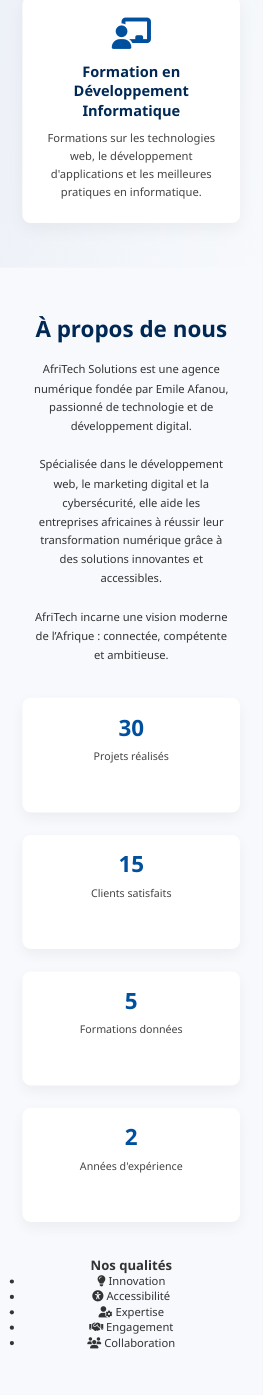
Repository: prestige225/AFRITECH
Page: index.html
An editor plug-in stored every save of this project. The page is shown before and after the next save, followed by the edit.
The browser window is 375 px wide. The pictures show the part of the page from y = 2604 to 4844 px (the page is 4597 px tall before and 4844 px after), at 70% of full size.
A picture or video elsewhere on the page could not be fetched, so the positions and the page height are approximate.

Above is the page before, as saved 2025-07-16 03:05:25.

### index.html

<!DOCTYPE html>
<html lang="en">
<head>
    <meta charset="UTF-8">
    <meta name="viewport" content="width=device-width, initial-scale=1.0">
    <!-- Font Awesome CDN -->
<link rel="stylesheet" href="https://cdnjs.cloudflare.com/ajax/libs/font-awesome/6.4.0/css/all.min.css">
    <link rel="stylesheet" href="style.css">

    <title>AFRITECH</title>
</head>
<body>
    <header>
        <div class="logo">
            <img src="path/to/logo.png" alt="AfanouTech Logo">
            <h1><span>AFRI</span>TECH</h1>
        </div>

         <!-- Bouton hamburger visible sur mobile -->
  <div class="menu-toggle" id="menu-toggle">
    <i class="fas fa-bars"></i>
  </div>


       <nav>
  <ul>
    <li><a href="index.html"><i class="fas fa-home"></i> Accueil</a></li>
    <li><a href="service.html"><i class="fas fa-tools"></i> Services</a></li>
    <li><a href="about.html"><i class="fas fa-info-circle"></i> À propos</a></li>
    <li><a href="contact.html"><i class="fas fa-envelope"></i> Contact</a></li>
    <li><a href="projet.html"><i class="fas fa-project-diagram"></i> Projets</a></li>
  </ul>
</nav>

    </header>

<!-- hero -->
 <section class="hero">
    <div class="hero-content">
        <h1>Solutions numériques innovantes pour l'Afrique</h1>

        <p>Nous créons des expériences web exceptionnelles et des stratégies marketing digitales qui propulsent votre entreprise vers le succès.</p>
        <a href="contact.html" class="btn">Contactez-nous</a>
        <a href="#" class="btn">Nos Services</a>

    </div>
    <div class="hero-image">
        <img src="path/to/hero-image.png" alt="Image d'accueil">
    </div>

    <div class="couleurpassante en design">

    </div>

 </section>


 <!-- SECTION SERVICES -->
  <section id="services" class="services-section">
            <h2>Nos Services</h2>
    <div class="services">

        <div class="service-item">
            <i class="fas fa-laptop-code"></i>
            <h3>Développement Web</h3>
            <p>Sites vitrines, e-commerce, applications web sur mesure adaptés à vos besoins spécifiques et optimisés pour tous les appareils.</p>
        </div>
        <div class="service-item">
            <i class="fas fa-mobile-alt"></i>
            <h3>Applications Mobiles</h3>
            <p>Développement d'applications mobiles natives et hybrides pour iOS et Android, offrant une expérience utilisateur exceptionnelle.</p>
        </div>
        <div class="service-item">
            <i class="fas fa-chart-line"></i>
            <h3>Marketing Digital</h3>
            <p>Stratégies de marketing digital personnalisées, SEO, publicité en ligne et gestion des réseaux sociaux pour augmenter votre visibilité.</p>
        </div>
        <div class="service-item">
            <i class="fas fa-shield-alt"></i>
            <h3>Cybersécurité</h3>
            <p>Solutions de sécurité avancées pour protéger vos données et votre infrastructure contre les menaces numériques.</p>
        </div>
        <div class="service-item">
            <i class="fas fa-palette"></i>
            <h3>Design UX/UI</h3>
            <p>Création d'interfaces utilisateur intuitives et esthétiques pour améliorer l'expérience de vos utilisateurs.</p>
        </div>

        <div class="service-item">
            <i class="fas fa-chalkboard-teacher"></i>
            <h3>Formation en Développement Informatique</h3>
            <p>Formations sur les technologies web, le développement d'applications et les meilleures pratiques en informatique.</p>
            </div>
    </div>
  </section>
<!-- SECTION apropos -->
<section id="about" class="about-section">
  <h2>À propos de nous</h2>
  <p>
    AfriTech Solutions est une agence numérique fondée par Emile Afanou, passionné de technologie et de développement digital.<br><br>
    Spécialisée dans le développement web, le marketing digital et la cybersécurité, elle aide les entreprises africaines à réussir leur transformation numérique grâce à des solutions innovantes et accessibles.<br><br>
    AfriTech incarne une vision moderne de l’Afrique : connectée, compétente et ambitieuse.
  </p>

  <!-- COMPTEURS -->
  <div class="counters">
    <div class="counter-box">
      <span class="counter" data-target="30">0</span>
      <p>Projets réalisés</p>
    </div>
    <div class="counter-box">
      <span class="counter" data-target="15">0</span>
      <p>Clients satisfaits</p>
    </div>
    <div class="counter-box">
      <span class="counter" data-target="5">0</span>
      <p>Formations données</p>
    </div>
    <div class="counter-box">
      <span class="counter" data-target="2">0</span>
      <p>Années d'expérience</p>
    </div>
  </div>

  <!-- NOS QUALITÉS -->
  <div class="nos-qualites">
    <h3>Nos qualités</h3>
    <ul>
      <li><i class="fas fa-lightbulb"></i> Innovation</li>
      <li><i class="fas fa-universal-access"></i> Accessibilité</li>
      <li><i class="fas fa-user-cog"></i> Expertise</li>
      <li><i class="fas fa-handshake"></i> Engagement</li>
      <li><i class="fas fa-users"></i> Collaboration</li>
    </ul>
  </div>
</section>





    <script src="index.js"></script>

    <!--  -->
</body>
</html>

### style.css

/* ========== RESET ========== */
* {
  margin: 0;
  padding: 0;
  box-sizing: border-box;
}

/* ========== GLOBAL ========== */
body {
  font-family: 'Segoe UI', sans-serif;
  background-color: #f4f4f4;
  color: #333;
}

/* ========== HEADER ========== */
header {
  background-color: #002855;
  color: white;
  padding: 1rem 2rem;
  display: flex;
  justify-content: space-between;
  align-items: center;
  flex-wrap: wrap;
  position: relative;
}

/* Logo */
.logo {
  display: flex;
  align-items: center;
  gap: 10px;
}

.logo img {
  width: 40px;
  height: 40px;
}

.logo h1 {
  font-size: 1.5rem;
  font-weight: bold;
}

.logo span {
  color: #ff8000;
}

/* Navigation */
nav ul {
  list-style: none;
  display: flex;
  gap: 1.5rem;
}

nav a {
  color: white;
  text-decoration: none;
  font-weight: 500;
  transition: 0.3s;
}

nav a:hover {
  color: #ff8000;
}

/* Hamburger button */
.menu-toggle {
  display: none;
  font-size: 1.8rem;
  color: white;
  cursor: pointer;
}

/* ========== RESPONSIVE ========== */
@media (max-width: 768px) {
  nav {
    width: 100%;
  }

  nav ul {
    flex-direction: column;
    background-color: #002855;
    position: absolute;
    top: 100%;
    left: 0;
    right: 0;
    display: none;
    padding: 1rem;
    z-index: 10;
  }

  nav ul.active {
    display: flex;
  }

  .menu-toggle {
    display: block;
  }
}
/* 🎯 SECTION HERO MODERNE */
.hero {
  display: flex;
  flex-wrap: wrap;
  align-items: center;
  justify-content: space-between;
  padding: 3rem 2rem;
  background: linear-gradient(to right, #002855, #00509e);
  color: white;
  position: relative;
  overflow: hidden;
}

/* Contenu texte */
.hero-content {
  flex: 1 1 50%;
  max-width: 600px;
  z-index: 1;
}

.hero-content h1 {
  font-size: 2.5rem;
  margin-bottom: 1rem;
}

.hero-content p {
  font-size: 1.1rem;
  margin-bottom: 2rem;
  line-height: 1.6;
}

/* Boutons */
.hero-content .btn {
  display: inline-block;
  background-color: #ff8000;
  color: white;
  padding: 0.8rem 1.5rem;
  margin-right: 1rem;
  border-radius: 5px;
  text-decoration: none;
  font-weight: bold;
  transition: background 0.3s ease;
}

.hero-content .btn:hover {
  background-color: #e67300;
}

/* Image d’accueil */
.hero-image {
  flex: 1 1 40%;
  text-align: center;
  z-index: 1;
}

.hero-image img {
  width: 100%;
  max-width: 400px;
  height: auto;
  border-radius: 15px;
}

/* Effet décoratif de fond (couleurpassante) */
.couleurpassante {
  position: absolute;
  top: -50px;
  right: -50px;
  width: 300px;
  height: 300px;
  background: radial-gradient(circle, #ffffff22, transparent 70%);
  border-radius: 50%;
  animation: flotter 10s infinite alternate;
  z-index: 0;
}

/* Animation douce */
@keyframes flotter {
  0% {
    transform: translateY(0) rotate(0deg);
  }
  100% {
    transform: translateY(20px) rotate(20deg);
  }
}

/* 📱 Responsive */
@media (max-width: 768px) {
  .hero {
    flex-direction: column;
    text-align: center;
  }

  .hero-content, .hero-image {
    flex: 1 1 100%;
    max-width: 100%;
  }

  .hero-content h1 {
    font-size: 2rem;
  }

  .hero-content p {
    font-size: 1rem;
  }

  .hero-content .btn {
    margin-bottom: 1rem;
  }
}


/* ========== SECTION SERVICES ========== */
.services-section {
  padding: 4rem 2rem;
  background: linear-gradient(to bottom right, #e6ecf5, #f7f9fc);
  text-align: center;
}

.services-section h2 {
  font-size: 2.5rem;
  margin-bottom: 3rem;
  color: #002855;
  font-weight: 700;
}

/* Container de toutes les cartes */
.services {
  display: grid;
  grid-template-columns: repeat(auto-fit, minmax(280px, 1fr));
  gap: 2rem;
  max-width: 1200px;
  margin: 0 auto;
}

/* Style individuel des services */
.service-item {
  background-color: #ffffff;
  border-radius: 12px;
  padding: 2rem 1.5rem;
  box-shadow: 0 8px 25px rgba(0, 0, 0, 0.05);
  transition: transform 0.3s ease, box-shadow 0.3s ease;
}

.service-item:hover {
  transform: translateY(-8px);
  box-shadow: 0 12px 30px rgba(0, 0, 0, 0.1);
}

/* Icône */
.service-item i {
  font-size: 2.8rem;
  color: #00509e;
  margin-bottom: 1rem;
}

/* Titre */
.service-item h3 {
  font-size: 1.3rem;
  margin-bottom: 0.8rem;
  color: #002855;
  font-weight: 600;
}

/* Paragraphe */
.service-item p {
  font-size: 1rem;
  line-height: 1.6;
  color: #444;
}


/* ===== SECTION À PROPOS ===== */
.about-section {
  padding: 4rem 2rem;
  text-align: center;
  background: #f7f9fc;
}

.about-section h2 {
  font-size: 2.5rem;
  color: #002855;
  margin-bottom: 1.5rem;
}

.about-section p {
  max-width: 900px;
  margin: 0 auto 3rem;
  font-size: 1.1rem;
  line-height: 1.8;
  color: #333;
}

/* ===== SECTION À PROPOS ===== */
.about-section {
  padding: 4rem 2rem;
  text-align: center;
  background: #f7f9fc;
  font-family: 'Segoe UI', Tahoma, Geneva, Verdana, sans-serif;
}

.about-section h2 {
  font-size: 2.5rem;
  color: #002855;
  margin-bottom: 1.5rem;
  font-weight: 700;
}

.about-section p {
  max-width: 900px;
  margin: 0 auto 3rem;
  font-size: 1.1rem;
  line-height: 1.7;
  color: #333;
}

/* ===== COMPTEURS ===== */
.counters {
  display: grid;
  grid-template-columns: repeat(auto-fit, minmax(160px, 1fr));
  gap: 2rem;
  max-width: 1000px;
  margin: 0 auto 3rem;
}

.counter-box {
  background: #ffffff;
  border-radius: 12px;
  padding: 1.5rem;
  box-shadow: 0 8px 20px rgba(0, 0, 0, 0.05);
  transition: transform 0.3s ease, box-shadow 0.3s ease;
  cursor: default;
}

.counter-box:hover {
  transform: translateY(-5px);
  box-shadow: 0 12px 30px rgba(0, 0, 0, 0.1);
}

.counter {
  font-size: 2.5rem;
  font-weight: 700;
  color: #00509e;
  display: block;
}

.counter-box p {
  margin-top: 0.5rem;
  font-size: 1rem;
  color: #444;
}

/* ===== NOS QUALITÉS ===== */
.about-section .Nos\ qualités {
  margin-top: 3rem;
  max-width: 800px;
  margin-left: auto;
  margin-right: auto;
  text-align: center;
}

.about-section .Nos\ qualités h3 {
  font-size: 2rem;
  color: #002855;
  margin-bottom: 1rem;
  font-weight: 700;
}

.about-section .Nos\ qualités ul {
  list-style: none;
  padding: 0;
  display: flex;
  flex-wrap: wrap;
  justify-content: center;
  gap: 1.5rem;
}

.about-section .Nos\ qualités li {
  background-color: #00509e;
  color: #fff;
  padding: 0.8rem 1.8rem;
  border-radius: 25px;
  font-size: 1rem;
  font-weight: 600;
  box-shadow: 0 4px 12px rgba(0, 0, 0, 0.1);
  display: flex;
  align-items: center;
  gap: 0.6rem;
  cursor: default;
  transition: background 0.3s ease;
}

.about-section .nos qualités li:hover {
  background-color: #003f7f;
}

/* Style des icônes devant le texte */
.about-section .nos qualités li i {
  font-size: 1.2rem;
  color: #ffdd40; /* doré pour contraste */
}

/* ===== RESPONSIVE ===== */
@media (max-width: 768px) {
  .about-section h2 {
    font-size: 2rem;
  }

  .about-section p {
    font-size: 1rem;
    padding: 0 1rem;
  }

  .counter {
    font-size: 2rem;
  }

  .counter-box p {
    font-size: 0.95rem;
  }

  .about-section .Nos\ qualités li {
    font-size: 0.95rem;
    padding: 0.7rem 1.5rem;
  }
}

@media (max-width: 480px) {
  .counters {
    grid-template-columns: 1fr;
  }

  .counter-box {
    padding: 1.2rem;
  }

  .about-section .nos qualités ul {
    flex-direction: column;
    gap: 1rem;
  }

  .about-section .nos qualités li {
    justify-content: center;
    padding: 0.8rem 1rem;
  }
}

### index.js

// script.js

// Récupération des éléments
const toggleBtn = document.getElementById("menu-toggle");
const navMenu = document.querySelector("nav ul");

// Écoute du clic sur le bouton menu
toggleBtn.addEventListener("click", () => {
  navMenu.classList.toggle("active");
});


const counters = document.querySelectorAll('.counter');

  counters.forEach(counter => {
    const updateCount = () => {
      const target = +counter.getAttribute('data-target');
      const count = +counter.innerText;
      const speed = 100; // Plus petit = plus rapide

      const increment = Math.ceil(target / speed);

      if (count < target) {
        counter.innerText = count + increment;
        setTimeout(updateCount, 30);
      } else {
        counter.innerText = target;
      }
    };

    updateCount();
  });

After the next save:
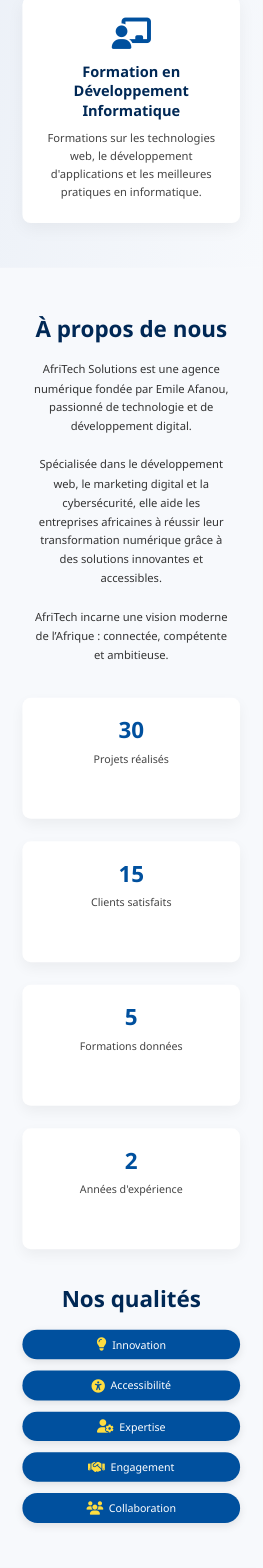
Saved 34 s later.
--- a/style.css
+++ b/style.css
@@ -313,7 +313,29 @@ nav a:hover {
   color: #333;
 }
 
-/* ===== COMPTEURS ===== */
+.about-section {
+  padding: 4rem 2rem;
+  text-align: center;
+  background: #f7f9fc;
+  font-family: 'Segoe UI', Tahoma, Geneva, Verdana, sans-serif;
+}
+
+.about-section h2 {
+  font-size: 2.5rem;
+  color: #002855;
+  margin-bottom: 1.5rem;
+  font-weight: 700;
+}
+
+.about-section p {
+  max-width: 900px;
+  margin: 0 auto 3rem;
+  font-size: 1.1rem;
+  line-height: 1.7;
+  color: #333;
+}
+
+/* Compteurs */
 .counters {
   display: grid;
   grid-template-columns: repeat(auto-fit, minmax(160px, 1fr));
@@ -323,17 +345,15 @@ nav a:hover {
 }
 
 .counter-box {
-  background: #ffffff;
+  background: #fff;
   border-radius: 12px;
   padding: 1.5rem;
   box-shadow: 0 8px 20px rgba(0, 0, 0, 0.05);
-  transition: transform 0.3s ease, box-shadow 0.3s ease;
-  cursor: default;
+  transition: transform 0.3s ease;
 }
 
 .counter-box:hover {
   transform: translateY(-5px);
-  box-shadow: 0 12px 30px rgba(0, 0, 0, 0.1);
 }
 
 .counter {
@@ -349,8 +369,8 @@ nav a:hover {
   color: #444;
 }
 
-/* ===== NOS QUALITÉS ===== */
-.about-section .Nos\ qualités {
+/* Nos qualités */
+.nos-qualites {
   margin-top: 3rem;
   max-width: 800px;
   margin-left: auto;
@@ -358,48 +378,46 @@ nav a:hover {
   text-align: center;
 }
 
-.about-section .Nos\ qualités h3 {
+.nos-qualites h3 {
   font-size: 2rem;
   color: #002855;
-  margin-bottom: 1rem;
+  margin-bottom: 1.5rem;
   font-weight: 700;
 }
 
-.about-section .Nos\ qualités ul {
+.nos-qualites ul {
   list-style: none;
   padding: 0;
   display: flex;
   flex-wrap: wrap;
   justify-content: center;
-  gap: 1.5rem;
-}
-
-.about-section .Nos\ qualités li {
+  gap: 1rem;
+}
+
+.nos-qualites li {
   background-color: #00509e;
   color: #fff;
-  padding: 0.8rem 1.8rem;
+  padding: 0.8rem 1.5rem;
   border-radius: 25px;
   font-size: 1rem;
-  font-weight: 600;
+  font-weight: 500;
   box-shadow: 0 4px 12px rgba(0, 0, 0, 0.1);
   display: flex;
   align-items: center;
-  gap: 0.6rem;
-  cursor: default;
+  gap: 0.5rem;
   transition: background 0.3s ease;
 }
 
-.about-section .nos qualités li:hover {
+.nos-qualites li:hover {
   background-color: #003f7f;
 }
 
-/* Style des icônes devant le texte */
-.about-section .nos qualités li i {
+.nos-qualites li i {
+  color: #ffdd40;
   font-size: 1.2rem;
-  color: #ffdd40; /* doré pour contraste */
-}
-
-/* ===== RESPONSIVE ===== */
+}
+
+/* Responsive */
 @media (max-width: 768px) {
   .about-section h2 {
     font-size: 2rem;
@@ -418,9 +436,9 @@ nav a:hover {
     font-size: 0.95rem;
   }
 
-  .about-section .Nos\ qualités li {
+  .nos-qualites li {
     font-size: 0.95rem;
-    padding: 0.7rem 1.5rem;
+    padding: 0.7rem 1.2rem;
   }
 }
 
@@ -429,17 +447,12 @@ nav a:hover {
     grid-template-columns: 1fr;
   }
 
-  .counter-box {
-    padding: 1.2rem;
-  }
-
-  .about-section .nos qualités ul {
+  .nos-qualites ul {
     flex-direction: column;
     gap: 1rem;
   }
 
-  .about-section .nos qualités li {
+  .nos-qualites li {
     justify-content: center;
-    padding: 0.8rem 1rem;
-  }
-}
+  }
+}
